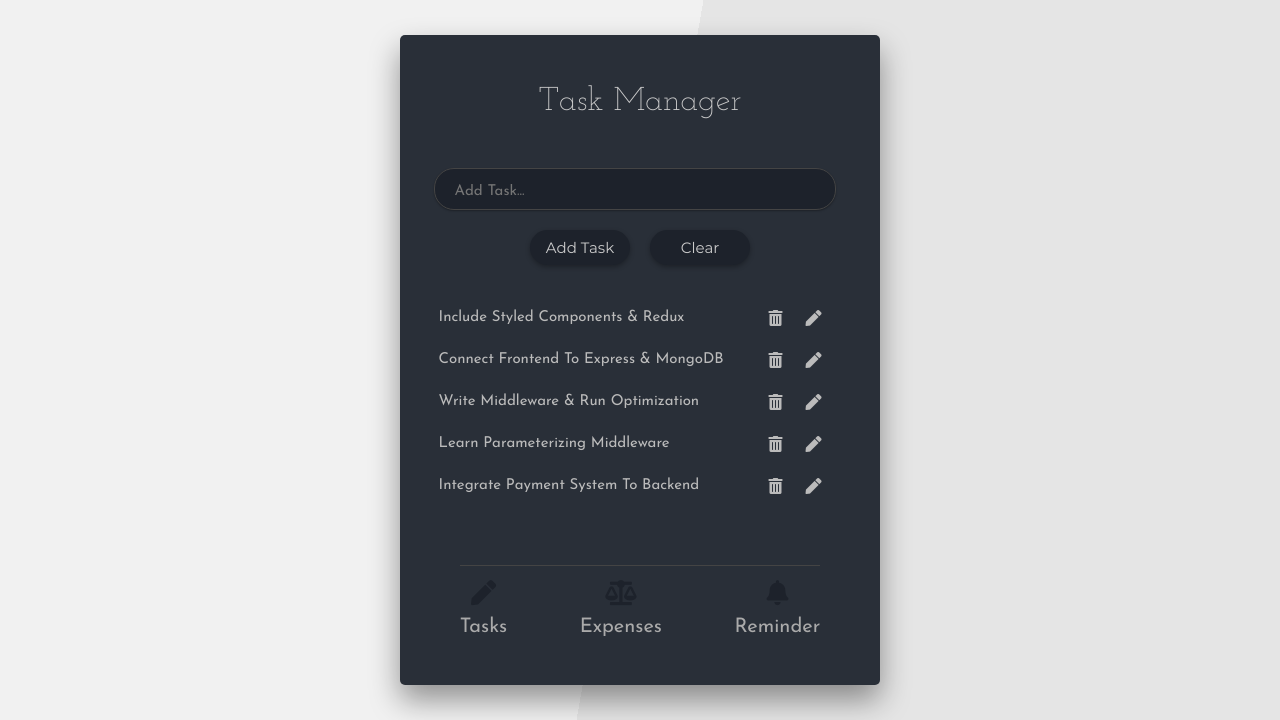
Repository: Kol124/react-task-manager
Page: /
An editor plug-in stored every save of this project. The page is shown before and after the next save, followed by the edit.
The browser window is 1280 px wide. The pictures show the whole page.
The project was rebuilt for these pictures with package versions that can differ from the ones it lists, and the page was loaded fresh each time. Also part of the build but not shown: src/components/Expenses/Expenses.js, src/components/Reminder/Reminder.js.

Above is the page before, as saved 2021-06-23 19:25:54.

After the next save:
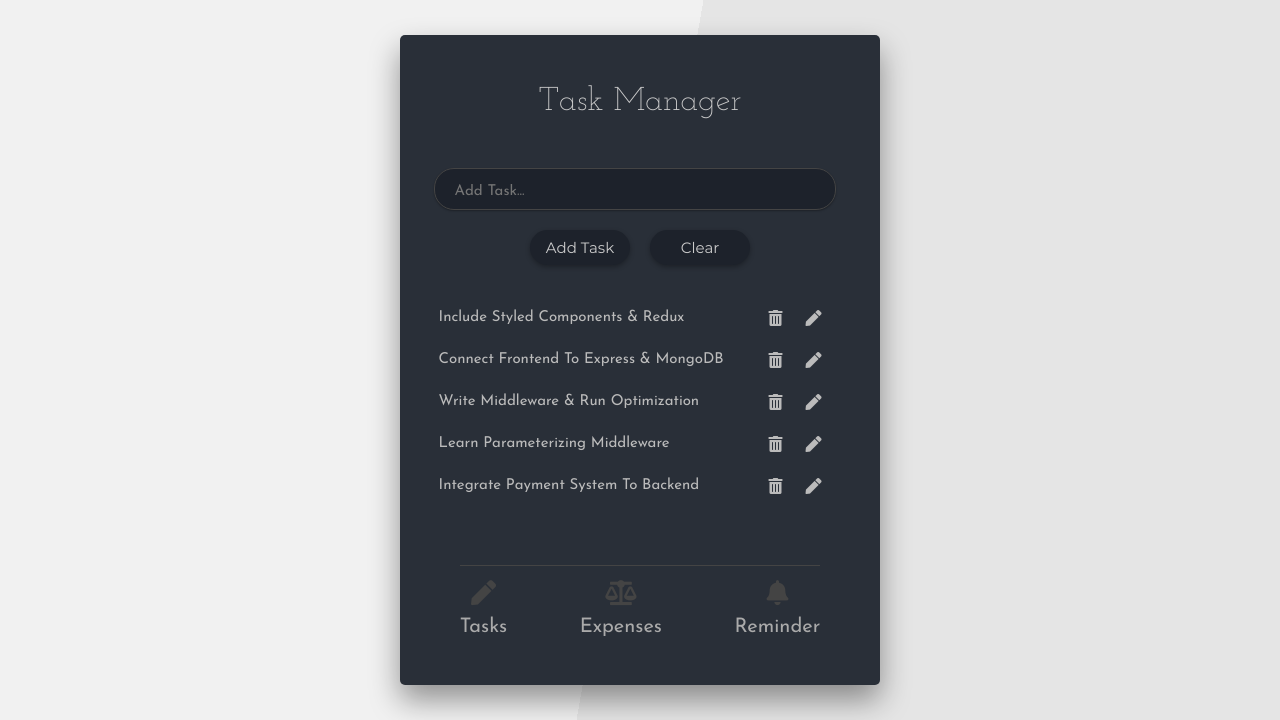
Saved 13 min 24 s later.
--- a/src/App.css
+++ b/src/App.css
@@ -199,7 +199,7 @@
 
 .nav li i {
   font-size: 2.5rem;
-  color: #1d222b;
+  color: #444;
 }
 
 .nav li p {

After the save that followed:
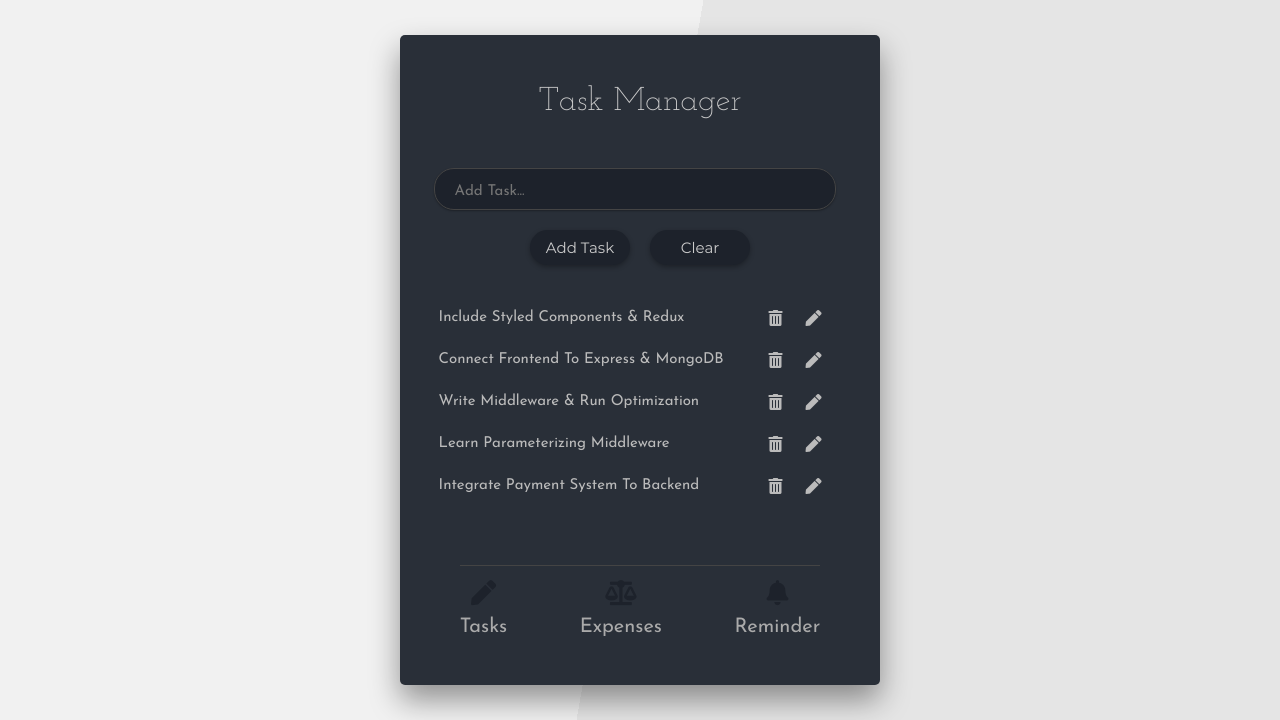
Saved 11 s later.
--- a/src/App.css
+++ b/src/App.css
@@ -199,7 +199,7 @@
 
 .nav li i {
   font-size: 2.5rem;
-  color: #444;
+  color: #1d222b;
 }
 
 .nav li p {
